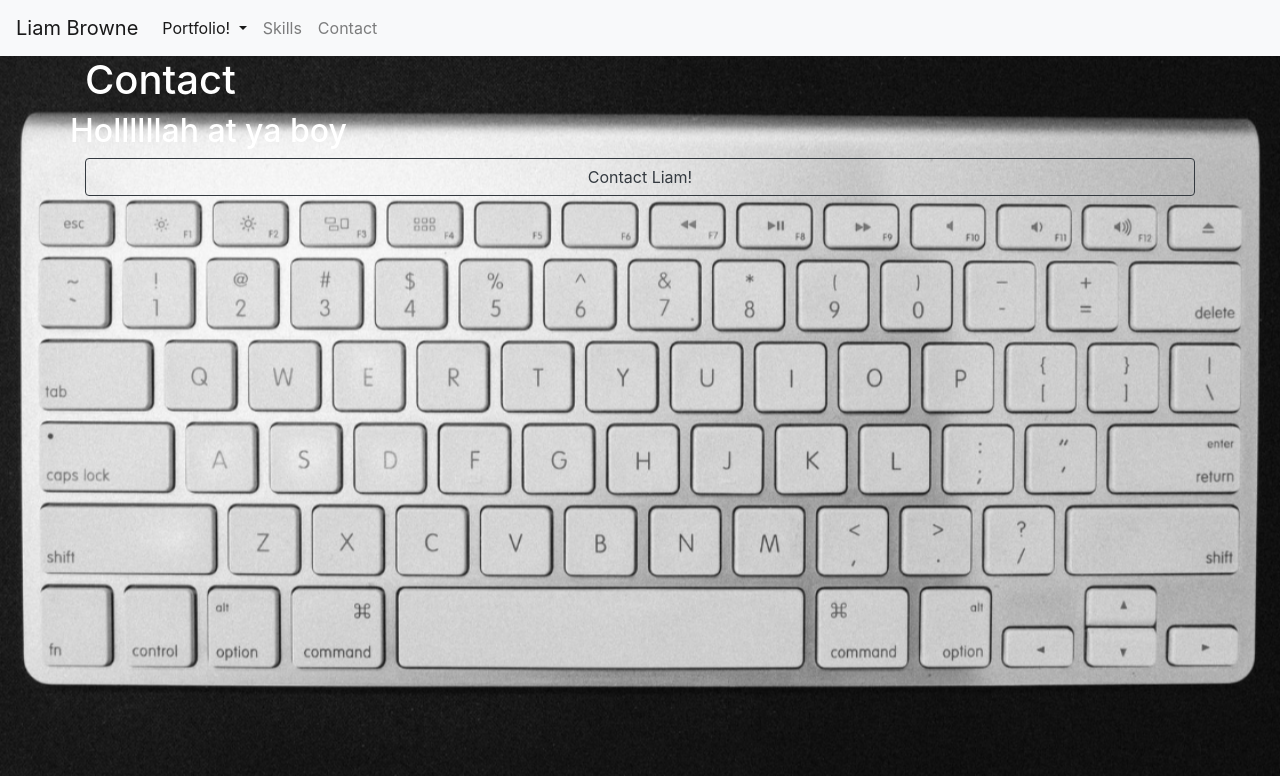
Repository: LiamB123/LiamBrowne.com.github.io
Page: contact.html
The author's editor kept a record of every edit. The page is drawn from the files as they stood at one moment, then again after the next edit.
The browser window is 1280 px wide. The pictures show the whole page.
Backgrounds fixed to the window are drawn as part of the page.

Above is the page before.

### contact.html
<!DOCTYPE html>
<html lang="en">

<head>
    <meta charset="UTF-8">
    <meta name="viewport" content="width=device-width, initial-scale=1.0">


    <meta http-equiv="X-UA-Compatible" content="ie=edge">

    <title>Liam Browne</title>

    <!--Boostrap Links for Css, Js and Jquery --->
    <link rel="stylesheet" href="https://stackpath.bootstrapcdn.com/bootstrap/4.4.1/css/bootstrap.min.css" integrity="sha384-Vkoo8x4CGsO3+Hhxv8T/Q5PaXtkKtu6ug5TOeNV6gBiFeWPGFN9MuhOf23Q9Ifjh" crossorigin="anonymous">

    <script src="https://code.jquery.com/jquery-3.4.1.slim.min.js" integrity="sha384-J6qa4849blE2+poT4WnyKhv5vZF5SrPo0iEjwBvKU7imGFAV0wwj1yYfoRSJoZ+n" crossorigin="anonymous"></script>
    <script src="https://cdn.jsdelivr.net/npm/popper.js@1.16.0/dist/umd/popper.min.js" integrity="sha384-Q6E9RHvbIyZFJoft+2mJbHaEWldlvI9IOYy5n3zV9zzTtmI3UksdQRVvoxMfooAo" crossorigin="anonymous"></script>
    <script src="https://stackpath.bootstrapcdn.com/bootstrap/4.4.1/js/bootstrap.min.js" integrity="sha384-wfSDF2E50Y2D1uUdj0O3uMBJnjuUD4Ih7YwaYd1iqfktj0Uod8GCExl3Og8ifwB6" crossorigin="anonymous"></script>


    <link rel="stylesheet" href="static/css/custom.css" type="text/css" />

</head>




<nav class="navbar navbar-expand-lg navbar-light bg-light">
    <a class="navbar-brand" href="#">Liam Browne </a>
    <button class="navbar-toggler" type="button" data-toggle="collapse" data-target="#navbarSupportedContent" aria-controls="navbarSupportedContent" aria-expanded="false" aria-label="Toggle navigation">
    <span class="navbar-toggler-icon"></span>
  </button>

    <div class="collapse navbar-collapse" id="navbarSupportedContent">
        <ul class="navbar-nav mr-auto">
            <li class="nav-item active nav-item dropdown">
                <a class="nav-link dropdown-toggle" href="#" id="navbarDropdown" role="button" data-toggle="dropdown" aria-haspopup="true" aria-expanded="false">
          Portfolio!
        </a>
                <div class="dropdown-menu" aria-labelledby="navbarDropdown">
                    <a class="dropdown-item" href="#">E-Commerce</a>
                    <a class="dropdown-item" href="#">Booze Clues</a>
                    <div class="dropdown-divider"></div>
                    <a class="dropdown-item" href="#">Something else here</a>
                </div>
            </li>
            <a class="nav-link" href="#">Skills<span class="sr-only">(current)</span></a>
            </li>
            <li class="nav-item">
                <a class="nav-link" href="contact">Contact</a>
            </li>

        </ul>

    </div>
</nav>

 <div id="contact-img">
<div class="container white-lettering">



    <h1>
        Contact
    </h1>
    <div class="row row-flex">

            <h2>

                Hollllllah at ya boy
            </h2>
        </div>

        <!-- Button trigger modal -->
        <button type="button" class="btn btn-outline-dark btn-block " data-toggle="modal" data-target="#staticBackdrop">
    Contact Liam!
    </button>

        <!-- Modal -->
        <div class="modal fade" id="staticBackdrop" data-backdrop="static" tabindex="-1" role="dialog" aria-labelledby="staticBackdropLabel" aria-hidden="true">
            <div class="modal-dialog" role="document">
                <div class="modal-content">
                    <div class="modal-header">
                        <h5 class="modal-title" id="staticBackdropLabel">Just a few details so I can respond!</h5>
                        <button type="button" class="close" data-dismiss="modal" aria-label="Close">
          <span aria-hidden="true">&times;</span>
        </button>
                    </div>
                    <div class="modal-body">

                        <form>
                            <div class="form-group">
                                <label for="Email">Email address</label>
                                <input type="email" class="form-control" id="Email" placeholder="I will never share this information!">
                            </div>
                            <div class="form-group">
                                <label for="exampleFormControlSelect1">Is there a specific thing you want to talk about?</label>
                                <select class="form-control" id="exampleFormControlSelect1">
      <option>Just Saying Hi!</option>
      <option>Collaboration</option>
      <option>Business Opportunity</option>

    </select>
                            </div>

                            <div class="form-group">
                                <label for="exampleFormControlTextarea1">Message</label>
                                <textarea class="form-control" id="exampleFormControlTextarea1" rows="8"></textarea>
                            </div>
                            <button type="submit" class="btn btn-lg btn-outline-dark">Send!</button>
                        </form>
                    </div>
                    <div class="modal-footer">
                        <button type="button" class="btn btn-dark" data-dismiss="modal">Close</button>
                    </div>
                </div>
            </div>
        </div>
    </div>
</div>

### static/css/custom.css
/*Image Classes*/


#contact-img {
    min-height: 100vh;
    min-width: 100%;
    z-index: -1;
    background-image: url("../img/keyboard.jpg");
    background-repeat: no-repeat;
    background-position: center;
    background-attachment: fixed;
}


#title-img{
    background-attachment: fixed;
    background-image: url("../img/laptop.jpg");
    background-position: bottom;
    background-size: cover;
   min-height: 100vh;
    min-width: 100%;
    margin-bottom: 0px;
    z-index: -1;
}

.white-lettering{
    color: white;
}


.vertical-align-center{
    padding-top:40%;
    text-align: center;
    padding-bottom: 20%;
}
.tall{
    height:20vh;
}

After the next edit:
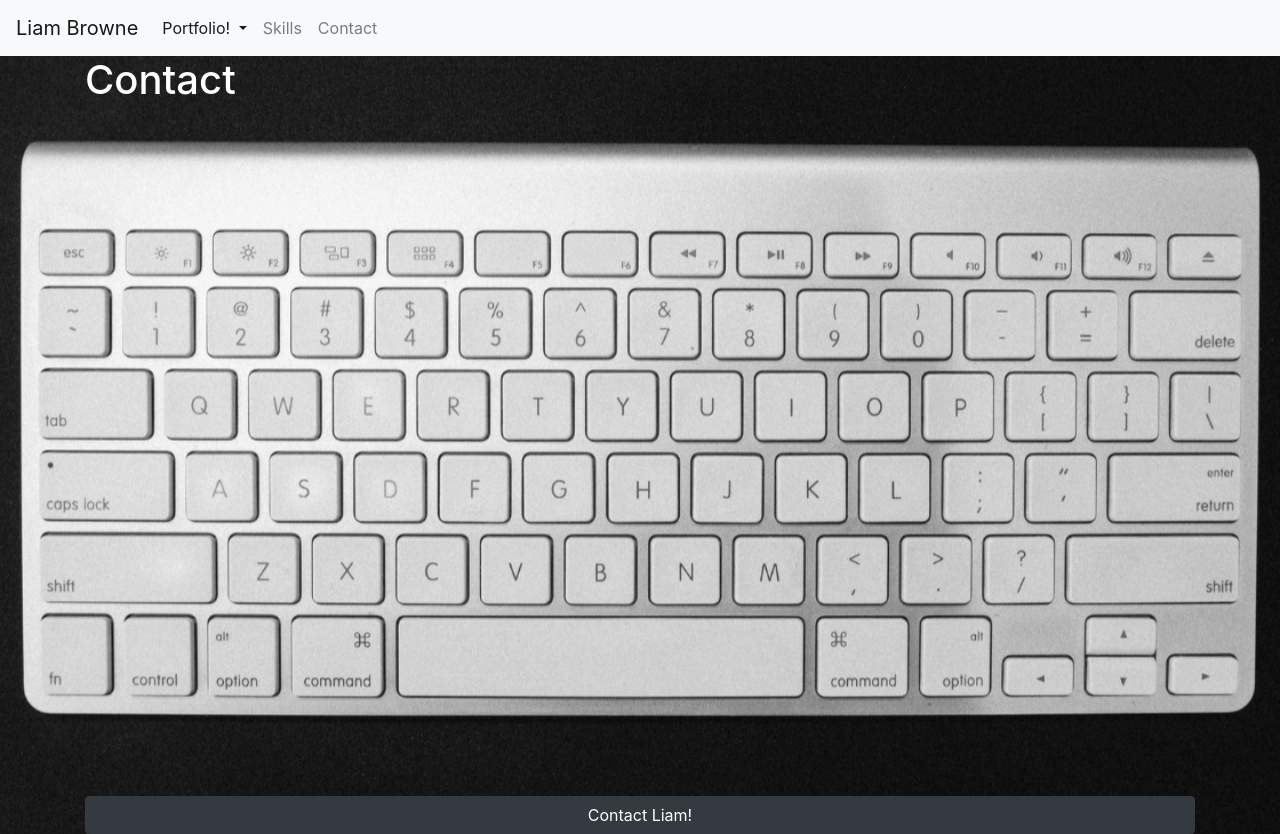
The edit:
--- a/contact.html
+++ b/contact.html
@@ -55,24 +55,22 @@
     </div>
 </nav>
 
- <div id="contact-img">
-<div class="container white-lettering">
+<div id="contact-img">
+    <div class="container white-lettering">
 
 
 
-    <h1>
-        Contact
-    </h1>
-    <div class="row row-flex">
+        <h1>
+            Contact
+        </h1>
+        <div class="row row-flex">
+            <div class="vertical-align-center">
 
-            <h2>
-
-                Hollllllah at ya boy
-            </h2>
+            </div>
         </div>
 
         <!-- Button trigger modal -->
-        <button type="button" class="btn btn-outline-dark btn-block " data-toggle="modal" data-target="#staticBackdrop">
+        <button type="button" class="btn btn-dark btn-block " data-toggle="modal" data-target="#staticBackdrop">
     Contact Liam!
     </button>
 
